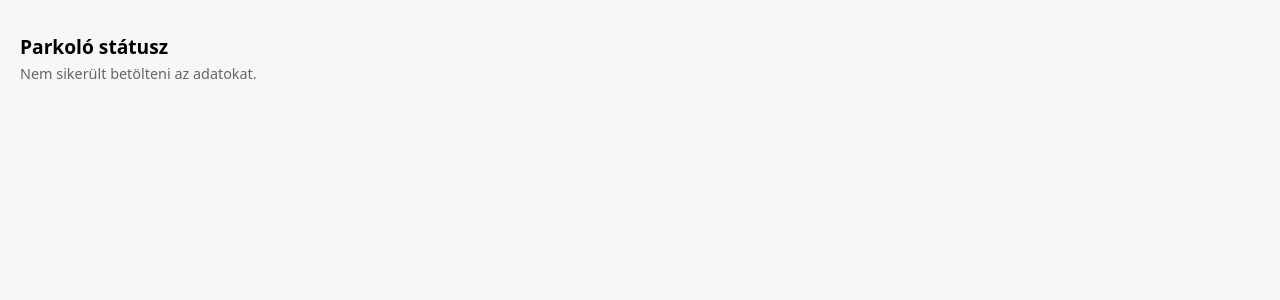
Repository: dkg11hu/ormezo-parking-2
Page: public/index.html
These files come from the project's save history. The page is drawn as it stood at one moment and after the next save; the edit follows.
The browser window is 1280 px wide. The pictures show the whole page.

Above is the page before, as saved 2025-12-13 19:38:21.

After the next save:
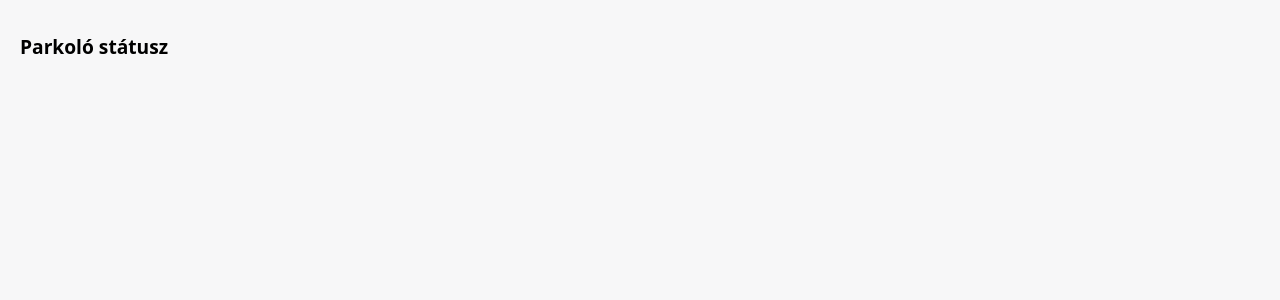
Console error: SyntaxError: Identifier 'relative' has already been declared
Saved 12 min 20 s later.
--- a/public/index.html
+++ b/public/index.html
@@ -149,7 +149,7 @@
           console.warn("urls.json nem elérhető, linkek kihagyva");
         }
 
-        const items = Array.isArray(statusData) ? statusData : statusData.items;
+        let items = Array.isArray(statusData) ? statusData : statusData.items;
 
         // Ha items még mindig nem tömb, üres tömbbel helyettesítjük
         if (!Array.isArray(items)) {
@@ -175,7 +175,10 @@
             "Frissítve: " + updDate.toLocaleString("hu-HU") + " (" + relative + ") (külső forrás)";
         }
         items.forEach(entry => {
-          const percent = (entry.total && entry.total > 0)
+          const percent = (entry.total && entry.total > 0) ?
+              Math.round((entry.free / entry.total) * 100) : 0;
+          const relative = timeDiffString(entry.updated);
+          const relative = timeDiffString(entry.updated);
           const urlEntry = urlsData.find(u => u.id === entry.id);
           const detailUrl = urlEntry ? urlEntry.url : "#";
 

After the save that followed:
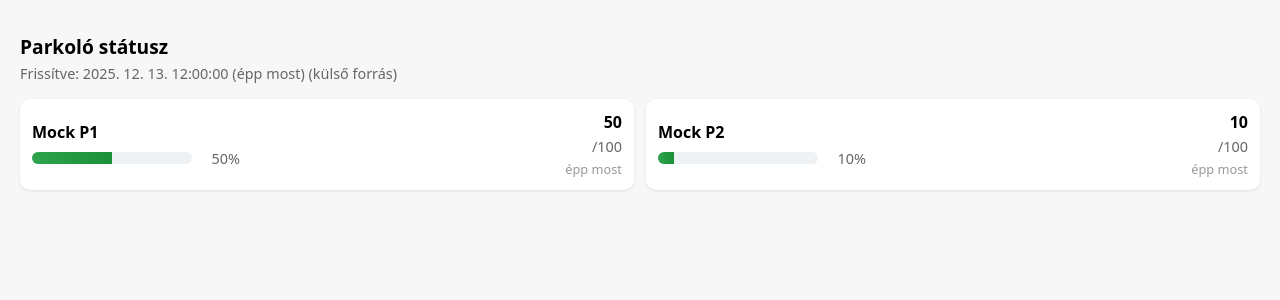
The error is gone.
Saved 8 min 3 s later.
--- a/public/index.html
+++ b/public/index.html
@@ -177,7 +177,7 @@
         items.forEach(entry => {
           const percent = (entry.total && entry.total > 0) ?
               Math.round((entry.free / entry.total) * 100) : 0;
-          const relative = timeDiffString(entry.updated);
+
           const relative = timeDiffString(entry.updated);
           const urlEntry = urlsData.find(u => u.id === entry.id);
           const detailUrl = urlEntry ? urlEntry.url : "#";
